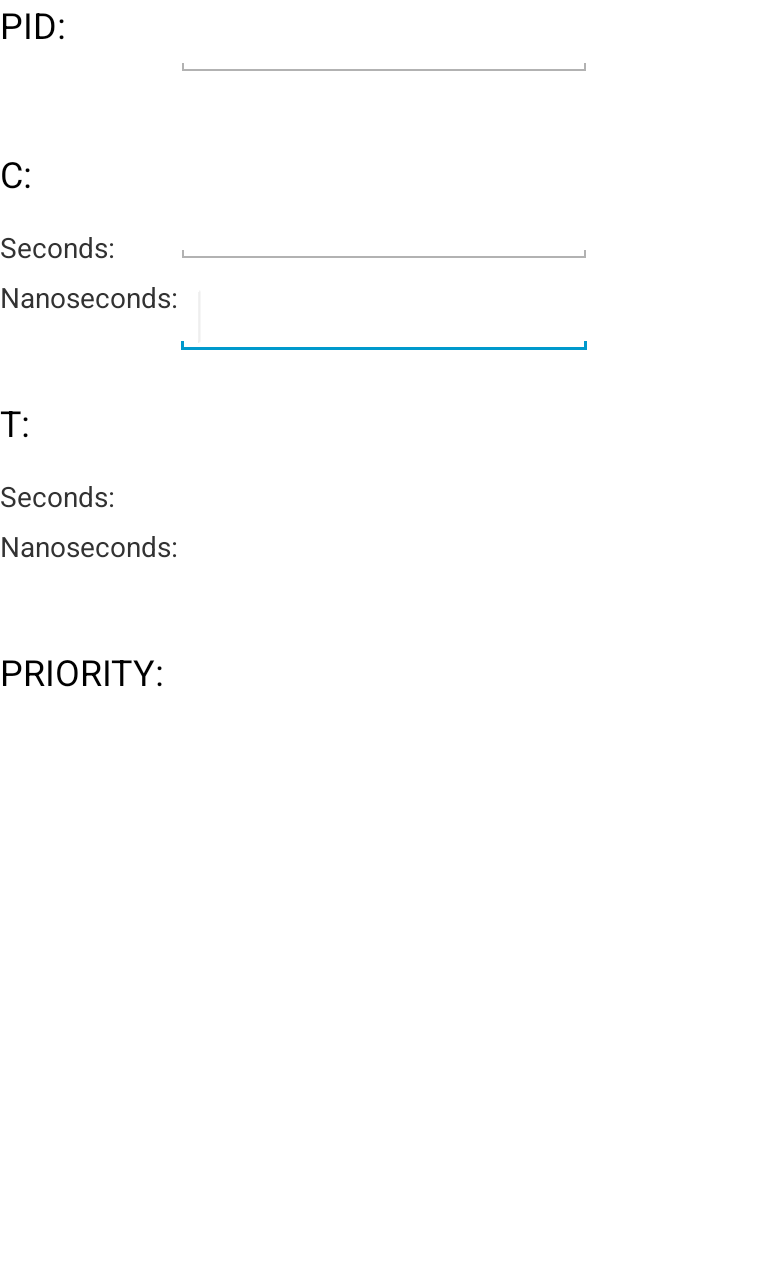
Repository: ankitC/taskmon
Layout: taskmon/res/layout/activity_set_reserve.xml
The author's editor kept a copy of each file at every save. The layout is drawn from the files as they stood at one save, then again after the next save.
It is drawn on a 768 x 1280 px phone screen (xhdpi) without system bars, with theme AppTheme; the app's code is not run.

Above is the layout before, as saved 2013-10-07 02:24:41.

After the next save:
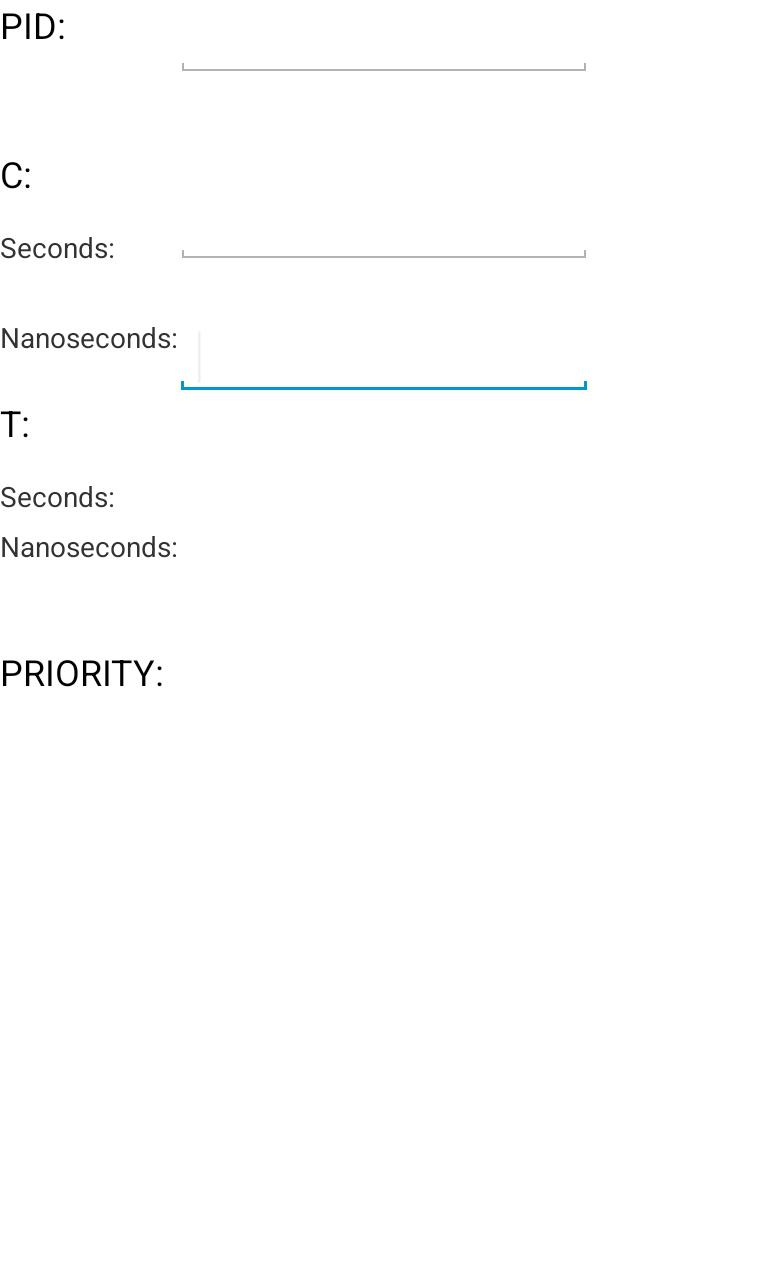
Saved 66 s later.
--- a/taskmon/res/layout/activity_set_reserve.xml
+++ b/taskmon/res/layout/activity_set_reserve.xml
@@ -56,7 +56,7 @@
         android:layout_height="wrap_content"
         android:layout_alignParentLeft="true"
         android:layout_below="@+id/textView2"
-        android:layout_marginTop="40dp"
+        android:layout_marginTop="60dp"
         android:text="@string/nanoSeconds" />
 
     <TextView
